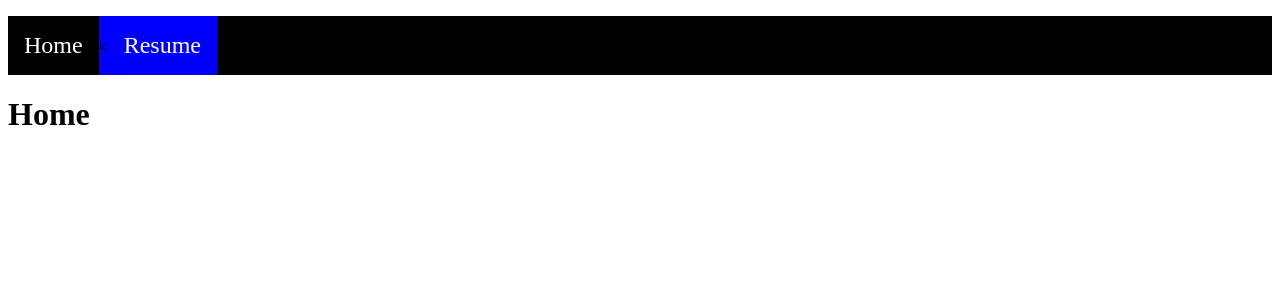
Repository: jakemj/jakemj.github.io
Page: resume.html
The author's editor kept a record of every edit. The page is drawn from the files as they stood at one moment, then again after the next edit.
The browser window is 1280 px wide. The pictures show the whole page.

Above is the page before.

After the next edit:
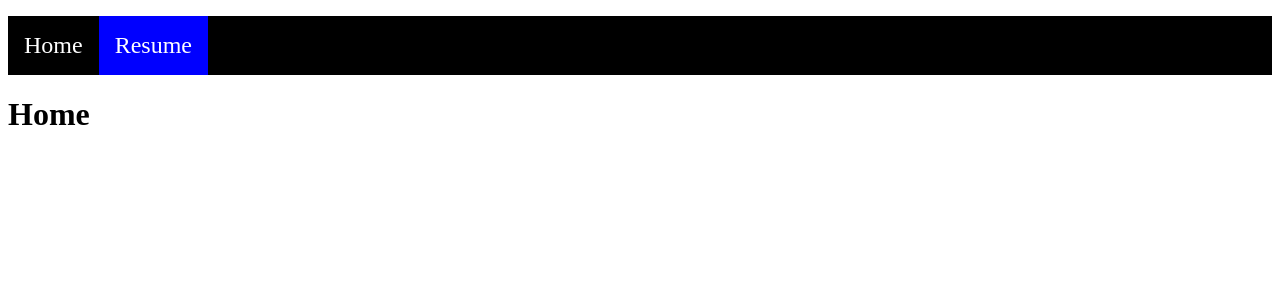
The edit:
--- a/resume.html
+++ b/resume.html
@@ -51,7 +51,7 @@
     <body>
       <ul class="navbar">
         <li><a href="/index.html">Home</a></li>
-        <li class="active"><<a href="resume.html">Resume</a></li>
+        <li class="active"><a href="resume.html">Resume</a></li>
         <li class = "dropdown">
             <div>More Links</div>
             <ul class="dropdown-content">
